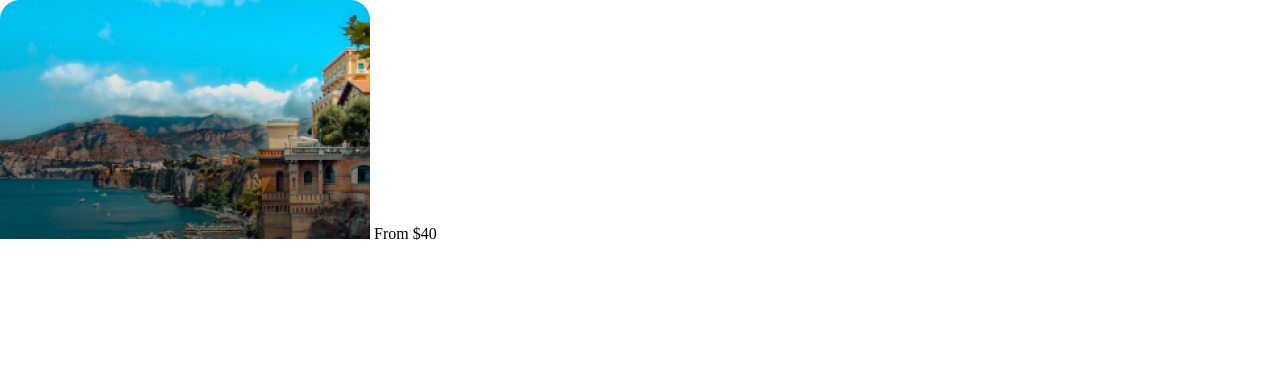
Repository: nguyentuankiet-k61/K_IT-demo
Page: index.html
These files come from the project's save history. The page is drawn as it stood at one moment and after the next save; the edit follows.
The browser window is 1280 px wide. The pictures show the whole page.
Some web fonts or font styles are not loaded; a fallback is used.

Above is the page before, as saved 2022-09-29 14:42:51.

### index.html
<!DOCTYPE html>
<html lang="en">
<head>
    <meta charset="UTF-8">
    <meta http-equiv="X-UA-Compatible" content="IE=edge">
    <meta name="viewport" content="width=device-width, initial-scale=1.0">
    <title>HTML CSS Master</title>
    <link rel = "preconnect" href = "https://fonts.googleapis.com">
    <link rel = "preconnect" href = "https://fonts.gstatic.com" crossorigin>
    <link href = "https: //fonts.googleapis.com/css2? family = Inter: wght @ 500; 600 & display = swap "rel =" stylesheet ">
    <link rel="stylesheet" href="./CSS/app.css">
</head>
<body>
 <div class="Tours">
    <div class="Tours_top">
        <img src="./image/image1.png" alt="this is a image"/>
        From $40
    </div>
    <div class="Tours_conten">
        <div class="Tourrs_little"></div>
        <div class="Tours_ratting">
            <div class="Tours_star"></div>
            <div class="Tours_review"></div>
            <div class="Tours_duration"></div>
        </div>
        <div class="Tours_botton"></div>
    </div>

 </div>
</body>
</html>

Loaded but not shown: CSS/app.css (common file)

After the next save:
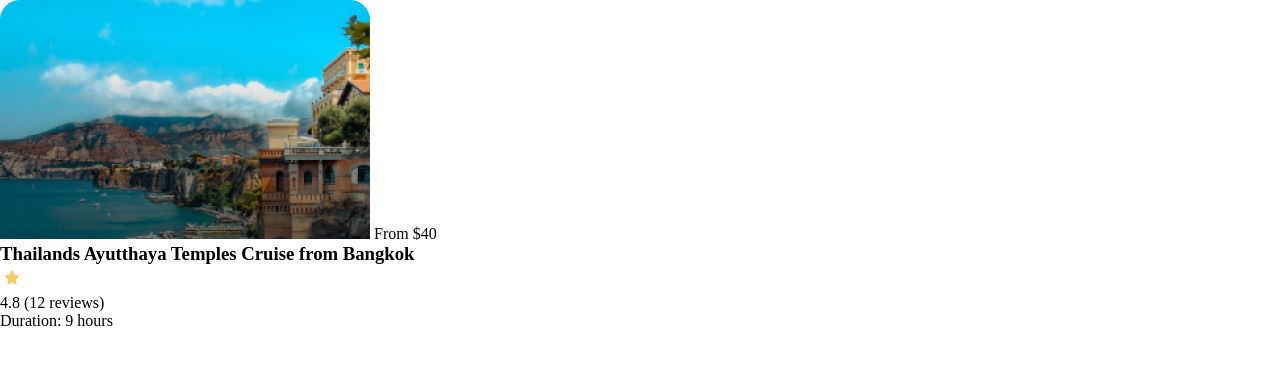
Saved 3 min 31 s later.
--- a/index.html
+++ b/index.html
@@ -17,11 +17,20 @@
         From $40
     </div>
     <div class="Tours_conten">
-        <div class="Tourrs_little"></div>
+        <div class="Tourrs_little">
+            <h3>Thailands Ayutthaya Temples
+                Cruise from Bangkok</h3>
+        </div>
         <div class="Tours_ratting">
-            <div class="Tours_star"></div>
-            <div class="Tours_review"></div>
-            <div class="Tours_duration"></div>
+            <div class="Tours_star">
+                <img src="./image/img-star.png" alt="this is image"/>
+            </div>
+            <div class="Tours_review">
+                4.8 (12 reviews)
+            </div>
+            <div class="Tours_duration">Duration: 9 hours
+
+            </div>
         </div>
         <div class="Tours_botton"></div>
     </div>
